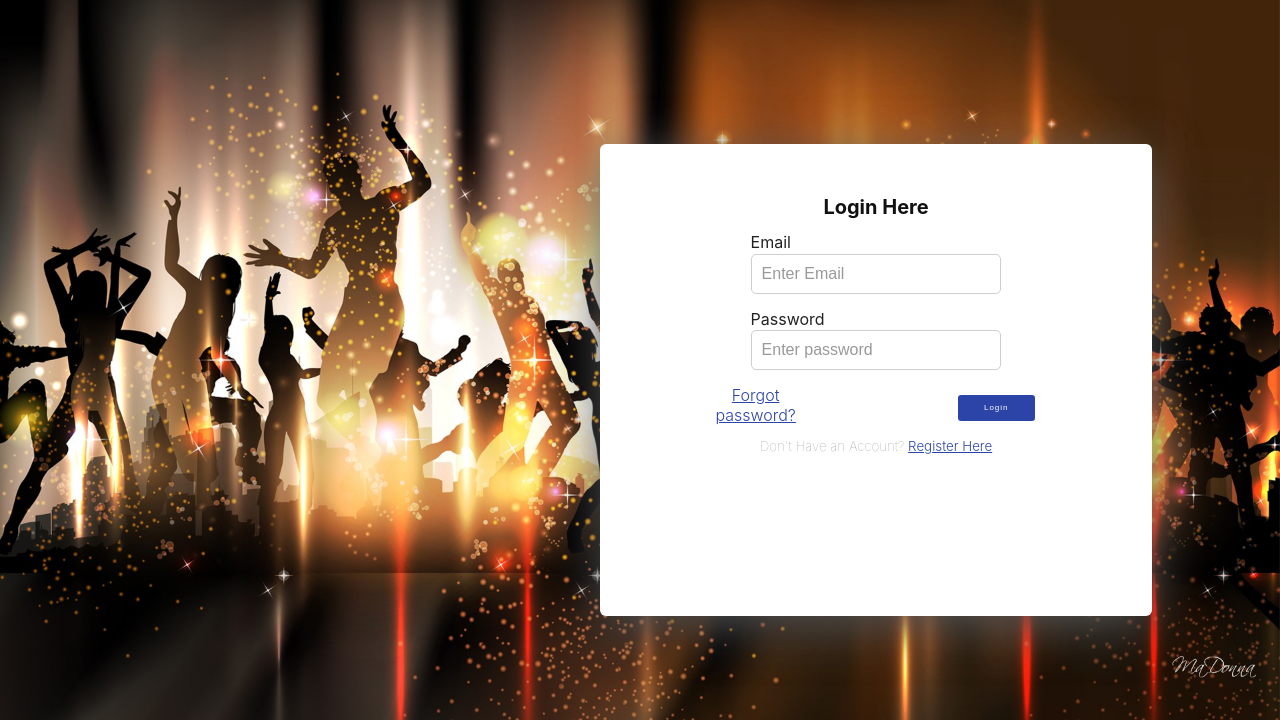
Repository: Fortune-Labs/Event-management-system-CapstoneG3
Page: /login (app in frontend/)
The author's editor kept a copy of each file at every save. The page is drawn from the files as they stood at one save, then again after the next save.
The browser window is 1280 px wide. The pictures show the whole page.
The project was rebuilt for these pictures with package versions that can differ from the ones it lists, and the page was loaded fresh each time. Also part of the build but not shown: frontend/src/components/LoginSignup/errorMessages.js, frontend/src/components/LoginSignup/register.jsx, frontend/src/components/LoginSignup/verificationCode.jsx, frontend/src/components/LoginSignup/passwordReset.jsx.

Above is the page before, as saved 2020-09-09 13:30:20.

After the next save:
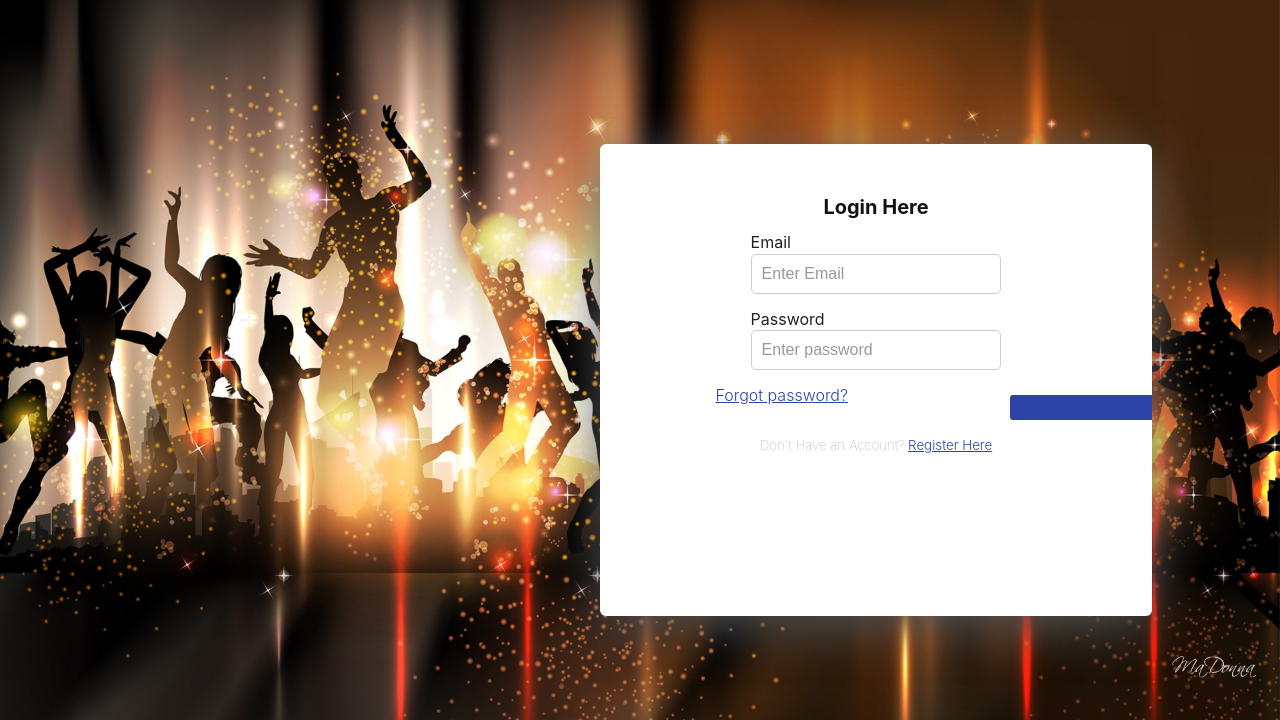
Saved 37 s later.
--- a/frontend/src/components/LoginSignup/login.jsx
+++ b/frontend/src/components/LoginSignup/login.jsx
@@ -31,8 +31,9 @@ class Login extends Component {
                   Forgot password?
                 </Link>
               </div>
-
-              <button className="btn">Login</button>
+              <div>
+                <button className="btn">Login</button>
+              </div>
             </div>
             <div>
               <small>
